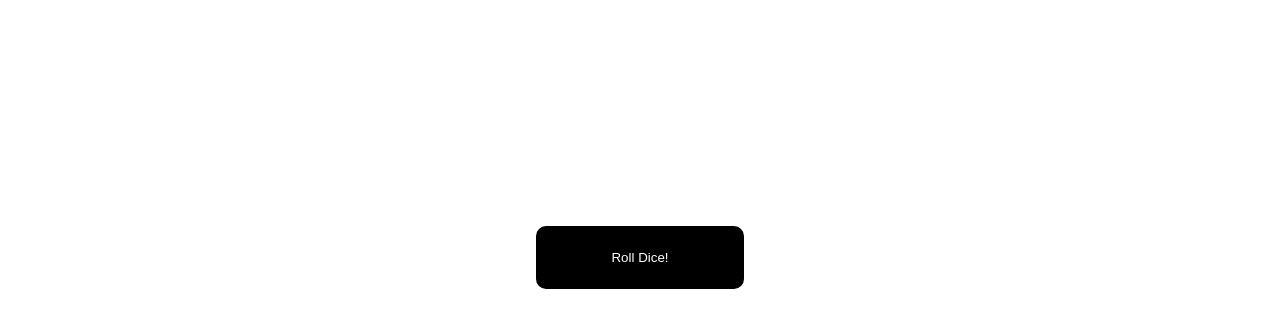
Repository: zhapar/dice
Page: /
The author's editor kept a copy of each file at every save. The page is drawn from the files as they stood at one save, then again after the next save.
The browser window is 1280 px wide. The pictures show the whole page.
The pointer rests on the first visible `.RollDice button`.
The project was rebuilt for these pictures with package versions that can differ from the ones it lists, and the page was loaded fresh each time.

Above is the page before, as saved 2020-08-21 18:20:48.

### src/App.js
import React from "react";
import RollDice from "./RollDice";
import "./App.css";

function App() {
  return (
    <div className="App">
      <RollDice />
    </div>
  );
}

export default App;

### src/RollDice.js
import React, { Component } from "react";
import Die from "./Die";
import "./RollDice.css";

class RollDice extends Component {
  static defaultProps = {
    sides: ["one", "two", "three", "four", "five", "six"],
  };
  constructor(props) {
    super(props);
    this.state = {
      die1: "one",
      die2: "one",
      rolling: false,
    };
    this.roll = this.roll.bind(this);
  }

  roll() {
    // Pikking 2 numbers
    const newDie1 = this.props.sides[
      Math.floor(Math.random() * this.props.sides.length)
    ];
    const newDie2 = this.props.sides[
      Math.floor(Math.random() * this.props.sides.length)
    ];

    // Setting this numbers to state
    this.setState({ die1: newDie1, die2: newDie2, rolling: true });

    // Setting timeout for rolling
    setTimeout(() => {
      this.setState({ rolling: false });
    }, 1000);
  }

  render() {
    return (
      <div className="RollDice">
        <div className="RollDice-container">
          <Die face={this.state.die1} rolling={this.state.rolling} />
          <Die face={this.state.die2} rolling={this.state.rolling} />
        </div>
        <button onClick={this.roll} disabled={this.state.rolling}>
          {this.state.rolling ? "Rolling..." : "Roll Dice!"}
        </button>
      </div>
    );
  }
}

export default RollDice;

### src/Die.js
import React, { Component } from "react";
import "./Die.css";

class Die extends Component {
  render() {
    return <i className={`Die fas fa-dice-${this.props.face}`}></i>;
  }
}

export default Die;

### src/RollDice.css
.RollDice button {
  width: 13rem;
  border: none;
  border-radius: 10px;
  background-color: #000;
  color: #ffffff;
  padding: 1.5rem;
  margin-top: 2rem;
}

### src/Die.css
.Die {
  font-size: 10rem;
  padding: 1rem;
  color: slateblue;
}

Loaded but not shown: src/index.js (common file); src/index.css (common file); src/serviceWorker.js (common file); src/App.css (common file)

After the next save:
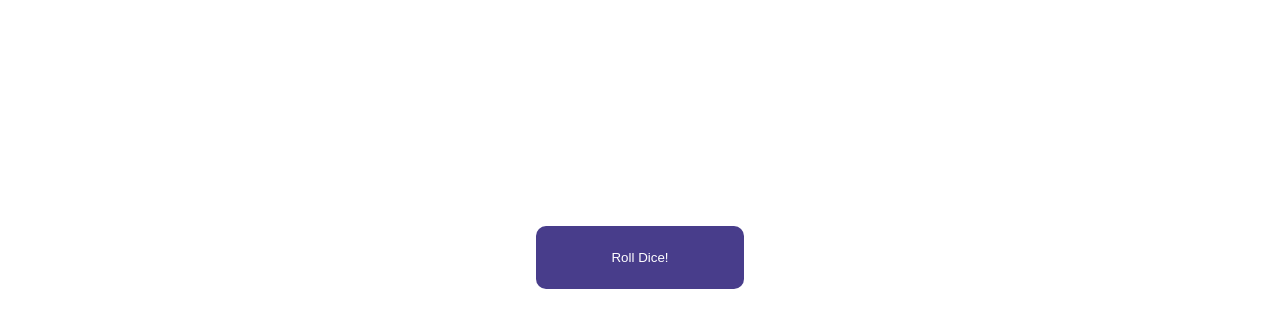
Saved 68 s later.
--- a/src/RollDice.css
+++ b/src/RollDice.css
@@ -7,3 +7,8 @@
   padding: 1.5rem;
   margin-top: 2rem;
 }
+
+.RollDice button:hover {
+  background-color: darkslateblue;
+  cursor: pointer;
+}
